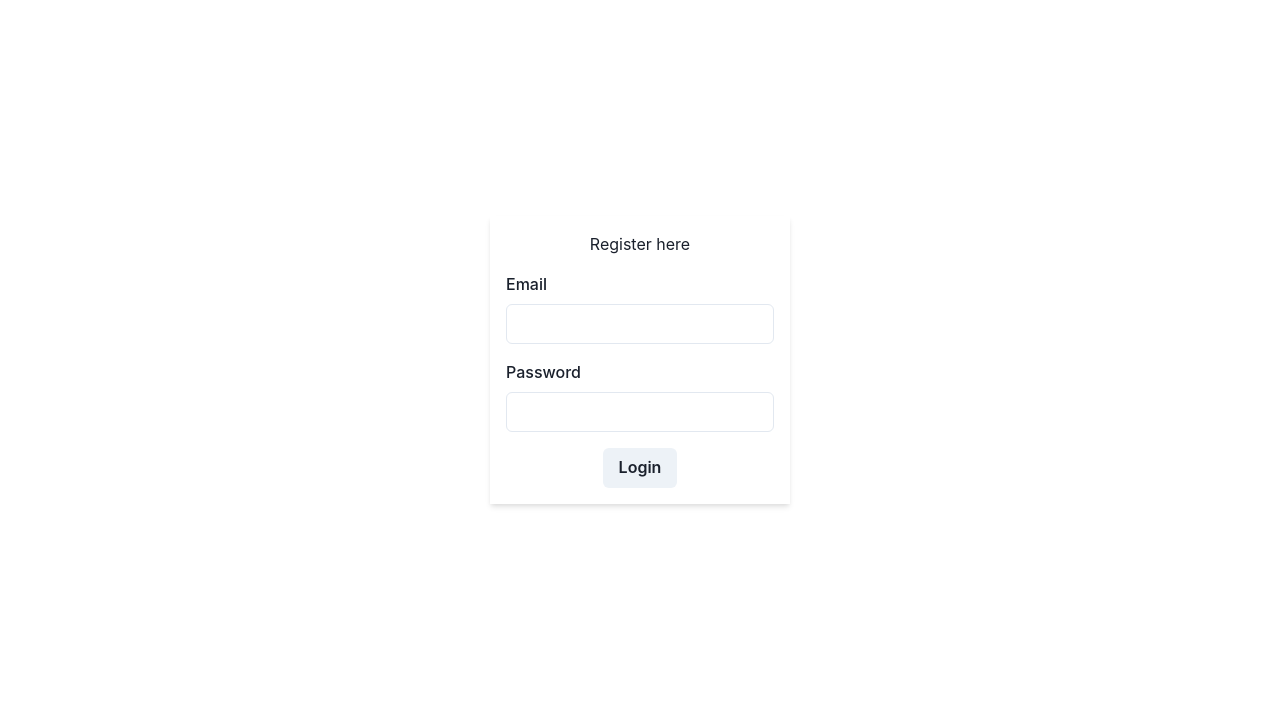
Repository: vbmn-cin-ufpe/todolist-front
Page: /
The author's editor kept a copy of each file at every save. The page is drawn from the files as they stood at one save, then again after the next save.
The browser window is 1280 px wide. The pictures show the whole page.
The project was rebuilt for these pictures with package versions that can differ from the ones it lists, and the page was loaded fresh each time. Also part of the build but not shown: vite.config.ts, src/pages/RegisterPage.tsx, src/pages/HomePage.tsx.

Above is the page before, as saved 2024-07-23 03:22:13.

After the next save:
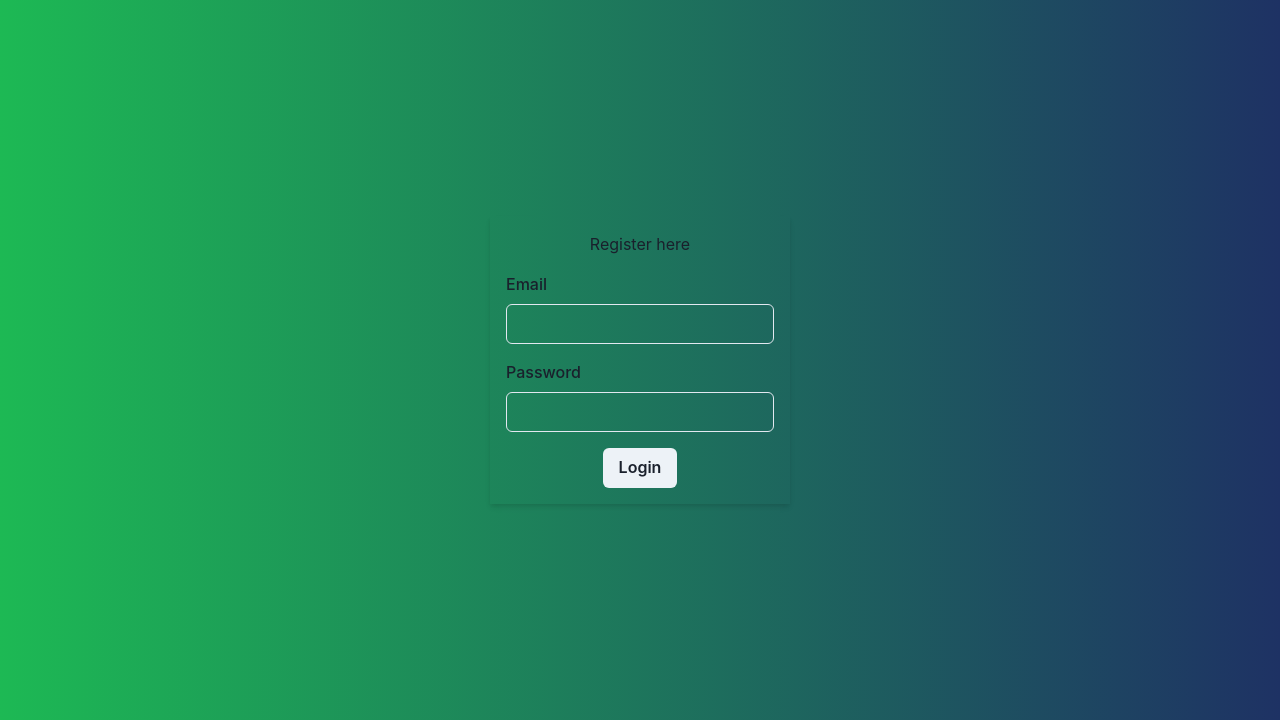
Saved 2 min 33 s later.
--- a/src/pages/LoginPage.tsx
+++ b/src/pages/LoginPage.tsx
@@ -18,7 +18,7 @@ const LoginPage = ({ setPage }) => {
   };
 
   return (
-    <Box display="flex" justifyContent="center" alignItems="center" height="100vh">
+    <Box display="flex" justifyContent="center" alignItems="center" height="100vh" bgGradient="linear(to-r, #1DB954, #1E3264)">
       <Box width="300px" p="4" boxShadow="md">
         <VStack spacing="4">
           <Text cursor="pointer" onClick={() => setPage('register')}>Register here</Text>
